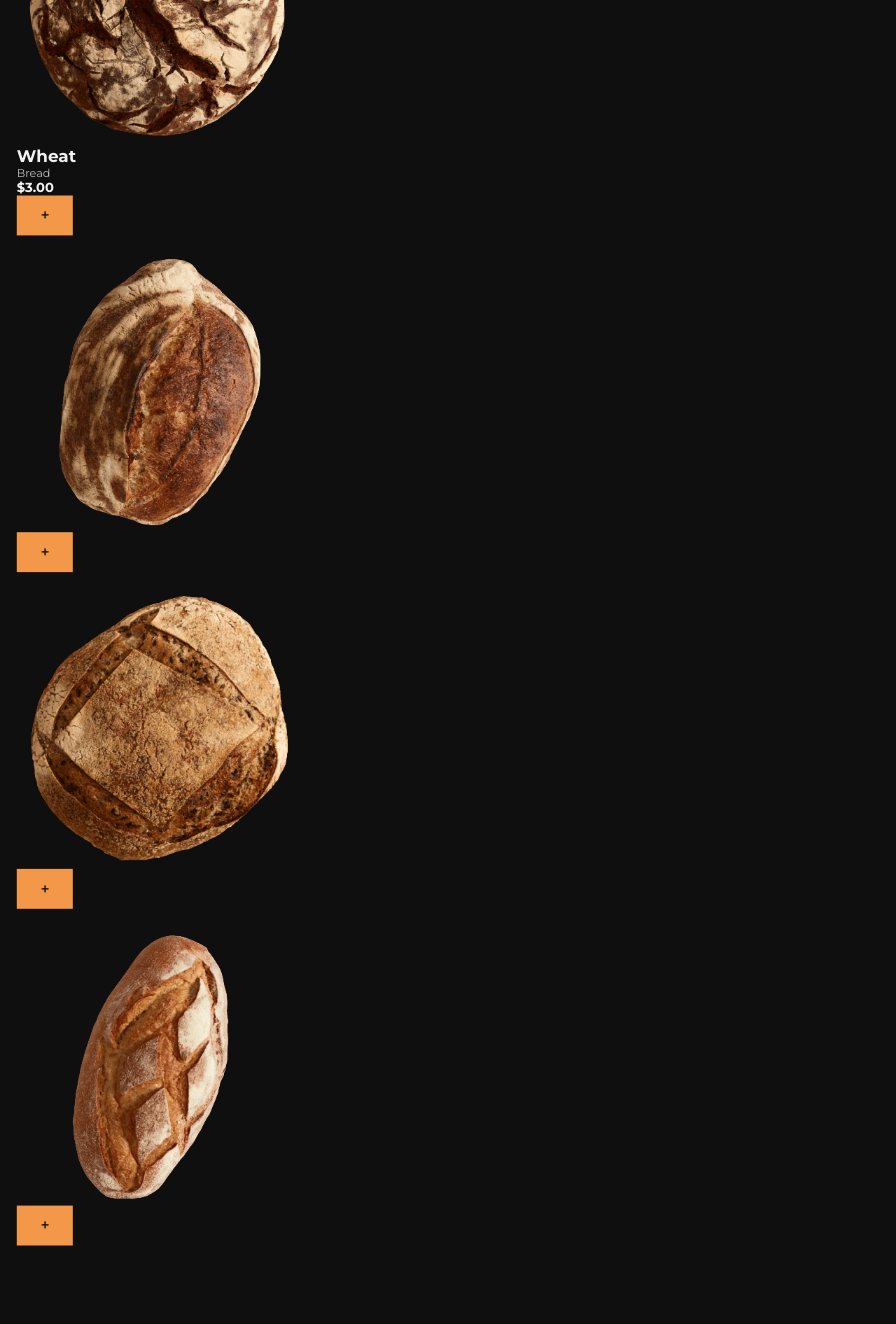
Repository: dinhhaidh/Bakery-web
Page: index.html
These files come from the project's save history. The page is drawn as it stood at one moment and after a run of saves; the edit follows.
The browser window is 1280 px wide. The pictures show the part of the page from y = 4076 to 5996 px (the page is 5967 px tall before and 5996 px after), at 70% of full size.
Some web libraries are served in a nearby version.

Above is the page before, as saved 2024-01-16 10:53:39.

After the next 4 saves:
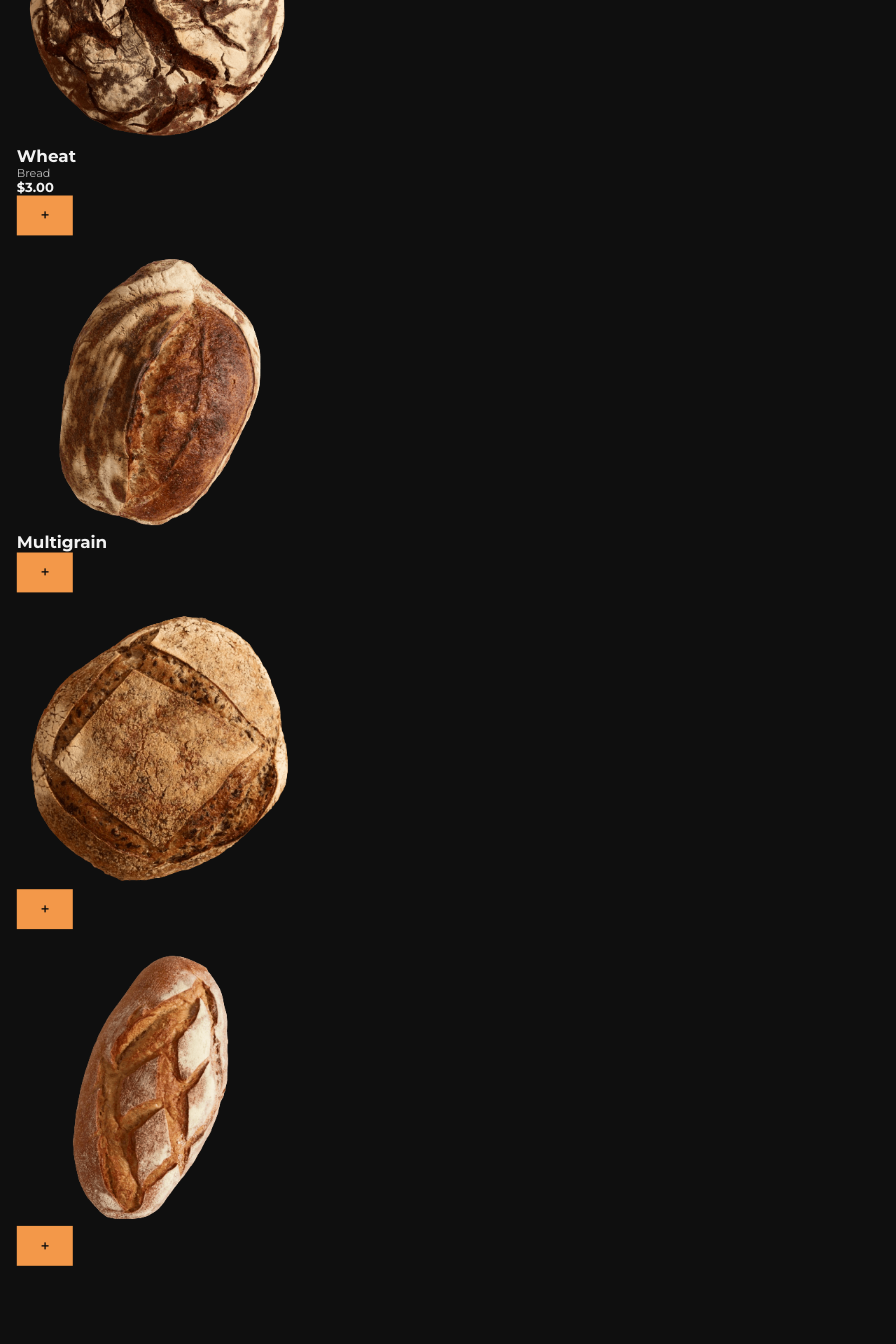
The 4 saves are shown as one change because they came seconds apart.
The last was saved 35 s later.
--- a/index.html
+++ b/index.html
@@ -188,7 +188,7 @@
             <article class="article__card">
                 <img src="./img/favorite-bread-3.png" alt="image" class="favorite__img">
                 <div class="favorite__data">
-                    <h2 class="favorite__title"></h2>
+                    <h2 class="favorite__title">Multigrain</h2>
                     <span class="favorite__subtitle"></span>
                     <h3 class="favorite__price"></h3>
                 </div>
